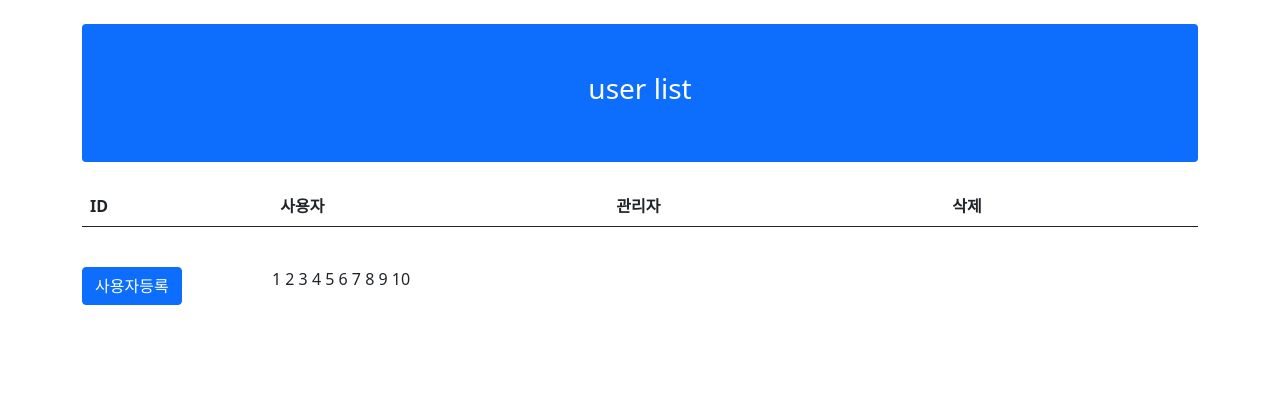
Repository: minokki/mino
Page: http://localhost/lec03_mvc/user/user_list.jsp
An editor plug-in stored every save of this project. The page is shown before and after the next save, followed by the edit.
The browser window is 1280 px wide. The pictures show the whole page.
Some web libraries are served in a nearby version. The page is served by Tomcat 9.

Above is the page before, as saved 2022-12-28 05:34:20.

After the next save:
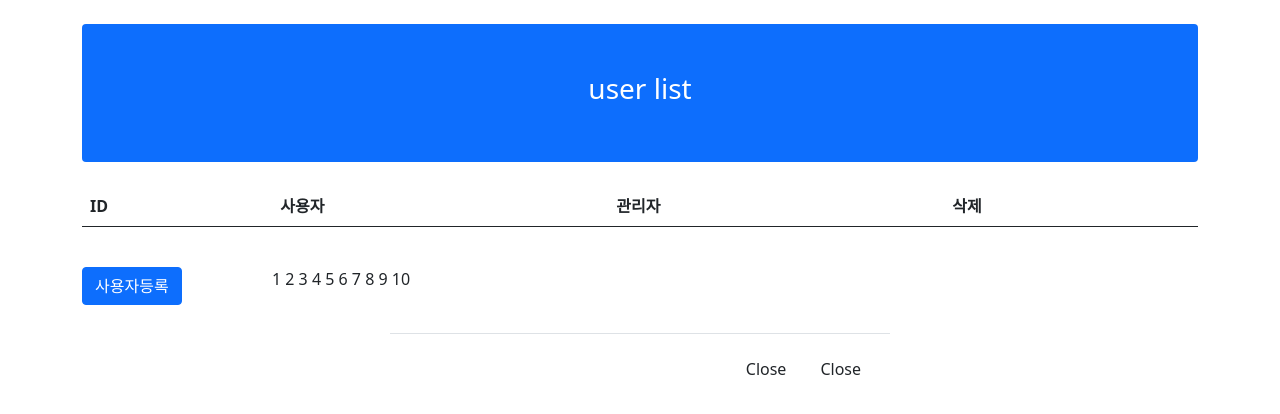
Saved 4 min 22 s later.
--- a/spring/lec03_mvc/src/main/webapp/user/user_list.jsp
+++ b/spring/lec03_mvc/src/main/webapp/user/user_list.jsp
@@ -63,5 +63,21 @@
 		<!--  사용자 등록 modal form -->
 		<div id="addUser" class="modal fade" data-bs-backdrop="static" data-bs-keyboard="false" tableindex="-1"
 		aria-labelledby="staticBackdropLabel" aria-hidden="true">사용자 등록하기!!</div>
+		<div class="modal-dialog">
+
+			<form action="insertUser.do" mothod="post">
+
+
+			<div class="modal-footer">
+				<button type="button" class="btn btn=secondary" data-bs-dismiss="modal">Close</button>
+				<button type="submit" class="btn btn=secondary" data-bs-dismiss="modal">Close</button>
+			</div>
+
+
+
+			</form>
+		</div>
+
+
 </body>
 </html>

After the save that followed:
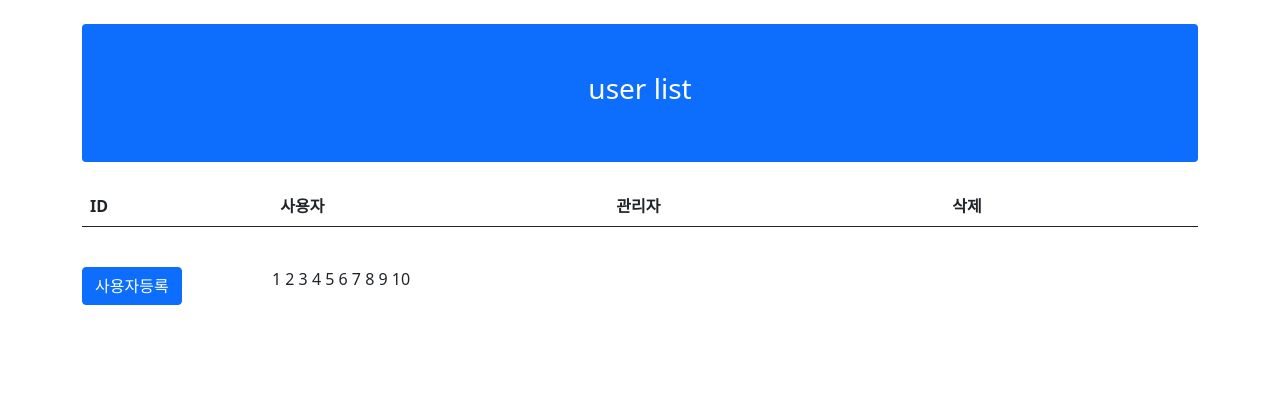
Saved 100 s later.
--- a/spring/lec03_mvc/src/main/webapp/user/user_list.jsp
+++ b/spring/lec03_mvc/src/main/webapp/user/user_list.jsp
@@ -61,17 +61,17 @@
 	</div>
 
 		<!--  사용자 등록 modal form -->
-		<div id="addUser" class="modal fade" data-bs-backdrop="static" data-bs-keyboard="false" tableindex="-1"
-		aria-labelledby="staticBackdropLabel" aria-hidden="true">사용자 등록하기!!</div>
-		<div class="modal-dialog">
-
-			<form action="insertUser.do" mothod="post">
-
-
-			<div class="modal-footer">
-				<button type="button" class="btn btn=secondary" data-bs-dismiss="modal">Close</button>
-				<button type="submit" class="btn btn=secondary" data-bs-dismiss="modal">Close</button>
-			</div>
+		 <div class="modal fade" id="addUser" data-bs-backdrop="static" data-bs-keyboard="false" tabindex="-1"
+		   aria-labelledby="staticBackdropLabel" aria-hidden="true">
+		      <div class="modal-dialog">
+		         <form action="insertUser.do" method="post">
+		         </form>
+		      </div>
+		      <div class="modal-footer">
+		         <button type="button" class="btn btn-secondary" data-bs-dismiss="modal">Close</button>
+		         <button type="submit" class="btn btn-primary">AddUser</button>
+		      </div>
+		   </div>
 
 
 
